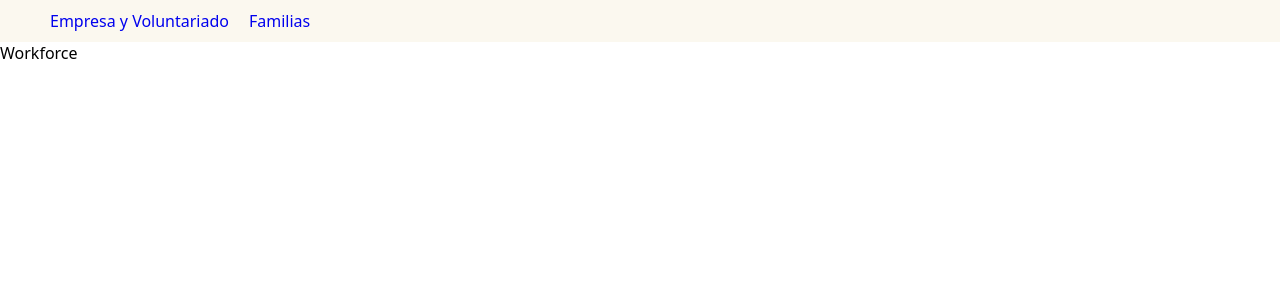
Repository: Synergy-club/reconstruction
Page: /
The author's editor kept a copy of each file at every save. The page is drawn from the files as they stood at one save, then again after the next save.
The browser window is 1280 px wide. The pictures show the whole page.
The project was rebuilt for these pictures with package versions that can differ from the ones it lists, and the page was loaded fresh each time. Also part of the build but not shown: vite.config.js, src/views/Families/Families.jsx.

Above is the page before, as saved 2024-12-10 01:30:46.

After the next save:
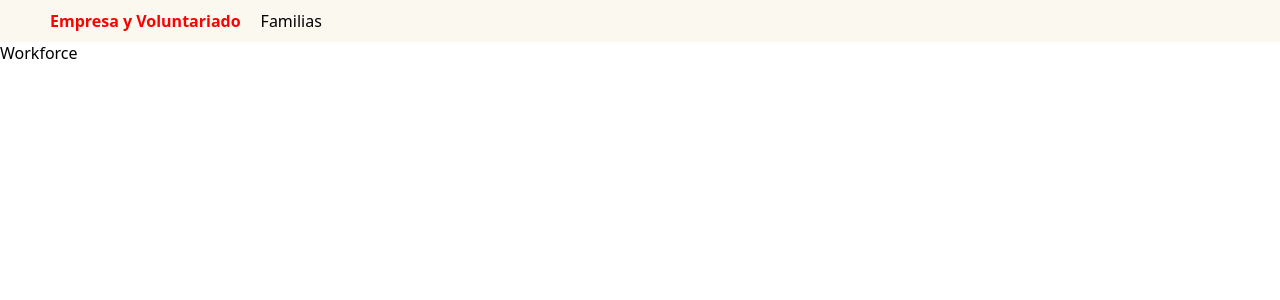
Saved 5 s later.
--- a/src/components/Header/Header.css
+++ b/src/components/Header/Header.css
@@ -7,3 +7,13 @@
   align-items: center;
   gap:20px;
 }
+
+.nav__content-link {
+  color: black;
+  text-decoration: none;
+}
+
+.nav__content-link.active {
+  color: red; /* Cambia a tu color preferido */
+  font-weight: bold;
+}
